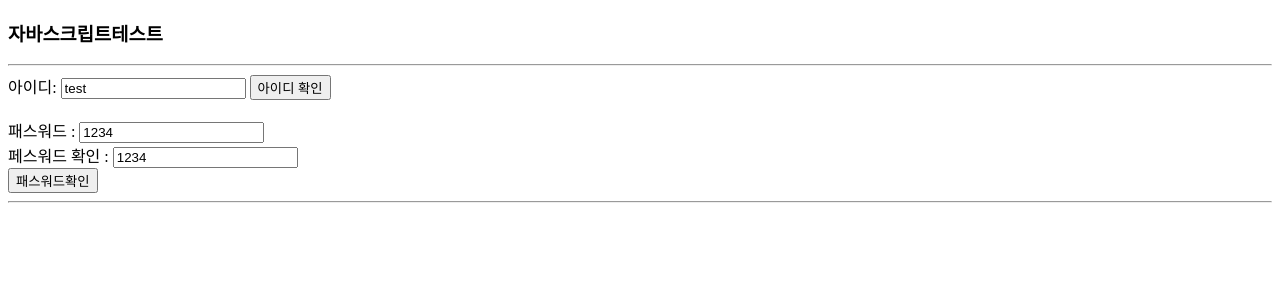
Repository: Yusubin/springEx
Page: http://localhost/spring04/js2.jsp
The author's editor kept a copy of each file at every save. The page is drawn from the files as they stood at one save, then again after the next save.
The browser window is 1280 px wide. The pictures show the whole page.
After loading, the first visible `#b1` was clicked once.
The page is served by Tomcat 9.

Above is the page before, as saved 2022-02-17 03:49:11.

After the next save:
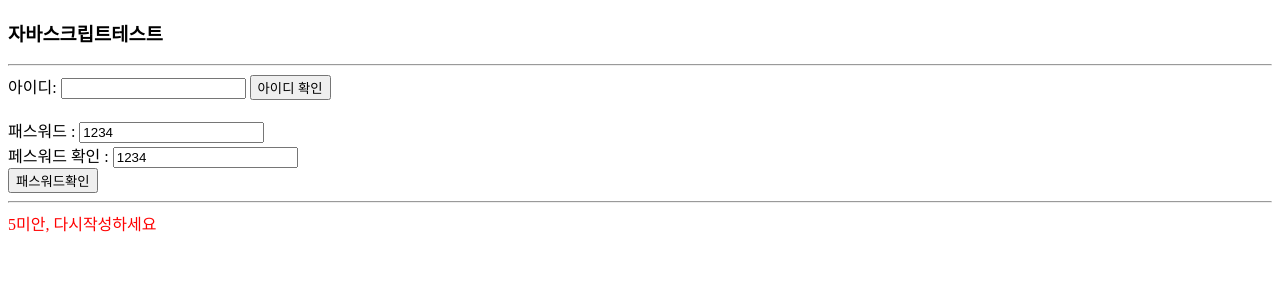
Saved 36 s later.
--- a/spring04/src/main/webapp/js2.jsp
+++ b/spring04/src/main/webapp/js2.jsp
@@ -20,7 +20,8 @@
 		$('#b1').click(function(){
 			idValue=$('#id').val()
 			if(idValue.length<5){
-				$('#result').html()
+				$('#result').html("<span style='color:red'>5미안, 다시작성하세요</span>")
+				$('#id').val('')
 			}else{
 
 			}
